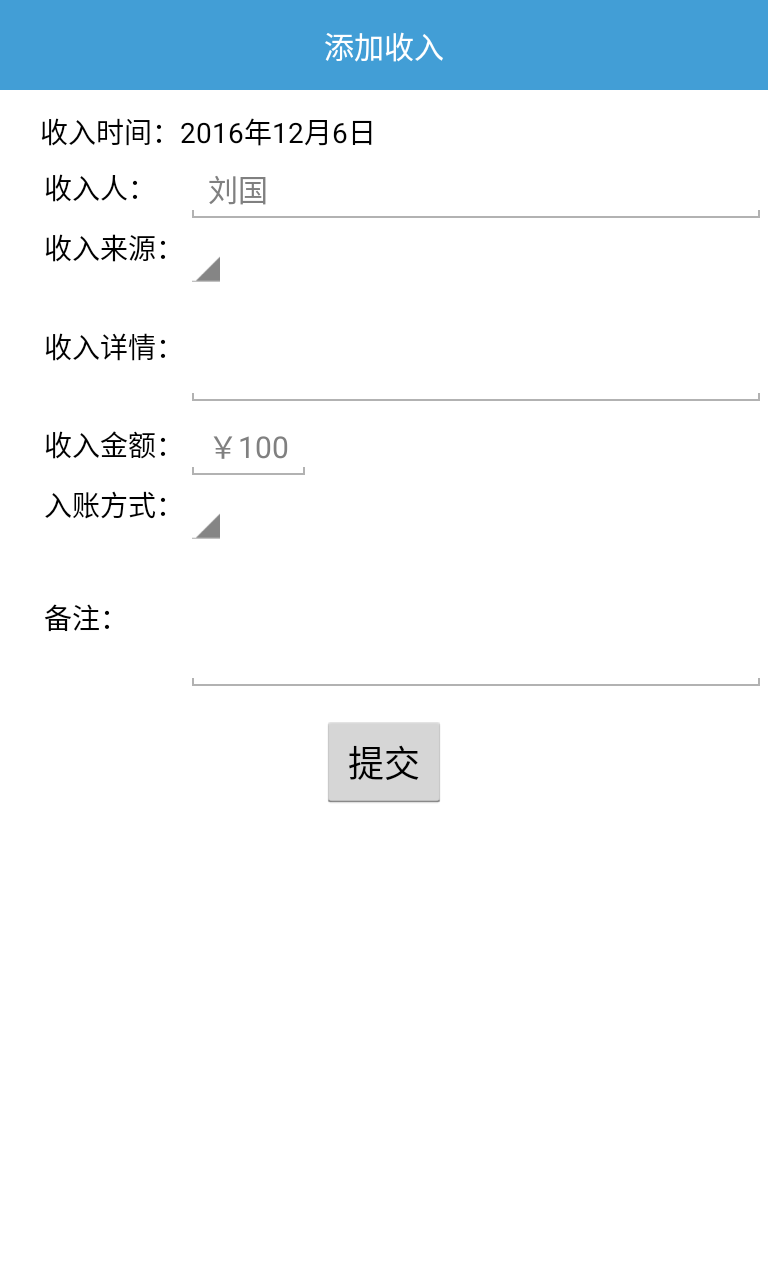
Repository: MySixGad/MyBill
Layout: Bill/Bill/res/layout/activity_inset_in_rmb.xml
These files come from the project's save history. The layout is drawn as it stood at one moment and after the next save; the edit follows.
It is drawn on a 768 x 1280 px phone screen (xhdpi) without system bars, with theme AppTheme; the app's code is not run.

Above is the layout before, as saved 2016-12-09 15:45:47.

After the next save:
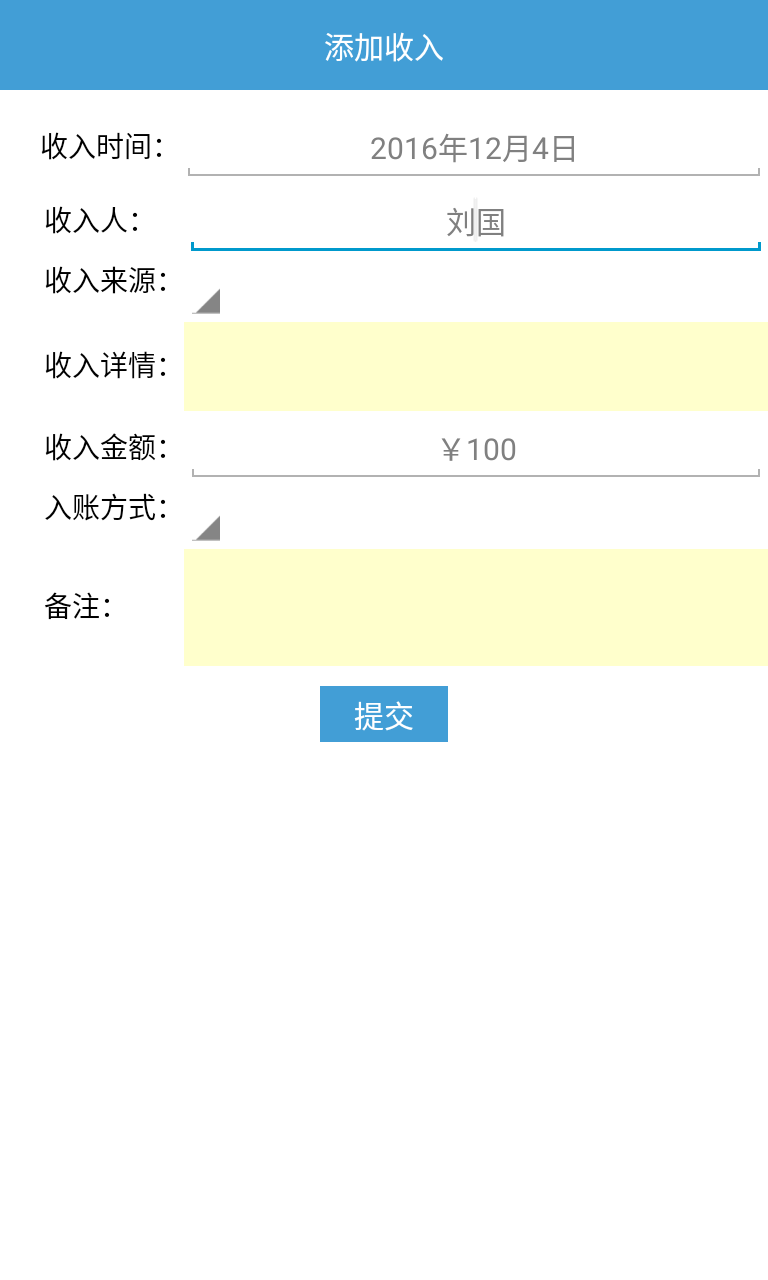
Saved 7 min 28 s later.
--- a/Bill/Bill/res/layout/activity_inset_in_rmb.xml
+++ b/Bill/Bill/res/layout/activity_inset_in_rmb.xml
@@ -29,12 +29,19 @@
                 android:text="收入时间："
                 android:textColor="#000" />
 
-            <TextView
-                android:id="@+id/textView2"
-                android:layout_width="wrap_content"
-                android:layout_height="wrap_content"
-                android:text="2016年12月6日"
-                android:textColor="#000" />
+            <EditText
+                android:id="@+id/textView2"
+                android:layout_width="match_parent"
+                android:layout_height="wrap_content"
+                android:ems="10"
+                android:gravity="center"
+                android:hint="2016年12月4日"
+                android:inputType="textMultiLine"
+                android:textColor="#000"
+                android:textSize="15dp" >
+
+                <requestFocus />
+            </EditText>
         </LinearLayout>
 
         <!-- 第二行 -->
@@ -56,10 +63,15 @@
                 android:id="@+id/textView2"
                 android:layout_width="match_parent"
                 android:layout_height="wrap_content"
-                android:inputType="textMultiLine"
-                android:textColor="#fff"
+                android:ems="10"
+                android:gravity="center"
                 android:hint="刘国"
-                android:textSize="15dp" />
+                android:inputType="textMultiLine"
+                android:textColor="#000"
+                android:textSize="15dp" >
+
+                <requestFocus />
+            </EditText>
         </LinearLayout>
 
         <LinearLayout
@@ -99,11 +111,12 @@
                 android:id="@+id/textView2"
                 android:layout_width="match_parent"
                 android:layout_height="wrap_content"
+                android:background="#ffffcc"
                 android:inputType="textMultiLine"
                 android:maxLines="10"
                 android:minLines="3"
                 android:scrollbars="vertical"
-                android:textColor="#fff"
+                android:textColor="#000"
                 android:textSize="12dp" />
         </LinearLayout>
 
@@ -122,11 +135,12 @@
 
             <EditText
                 android:id="@+id/textView2"
-                android:layout_width="wrap_content"
-                android:layout_height="wrap_content"
-                android:inputType="textMultiLine"
-                android:textColor="#fff"
+                android:layout_width="match_parent"
+                android:layout_height="wrap_content"
+                android:gravity="center"
                 android:hint="￥100"
+                android:inputType="textMultiLine"
+                android:textColor="#000"
                 android:textSize="15dp" />
         </LinearLayout>
 
@@ -167,19 +181,21 @@
                 android:id="@+id/textView2"
                 android:layout_width="match_parent"
                 android:layout_height="wrap_content"
+                android:background="#ffffcc"
                 android:inputType="textMultiLine"
                 android:maxLines="10"
                 android:minLines="4"
                 android:scrollbars="vertical"
-                android:textColor="#fff"
+                android:textColor="#000"
                 android:textSize="12dp" />
         </LinearLayout>
     </LinearLayout>
 
     <Button
         android:id="@+id/button1"
+        style="@style/Title_1"
         android:layout_width="wrap_content"
-        android:layout_height="wrap_content"
+        android:layout_height="28dp"
         android:layout_gravity="center"
         android:layout_marginTop="10dp"
         android:text="提交" />
